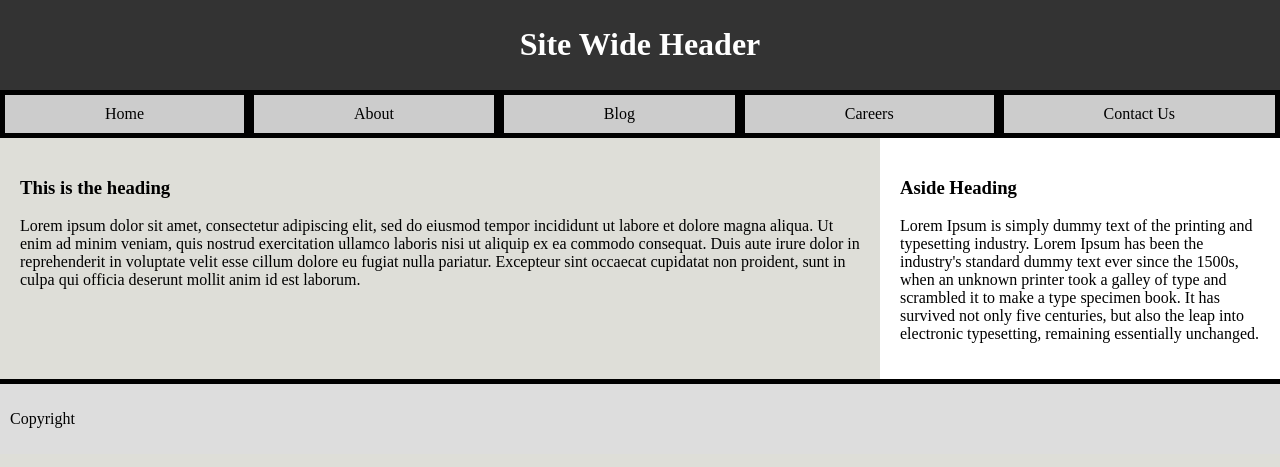
Repository: ayeza-baseer/AssignmentFlexbox
Page: assignment.html
An editor plug-in stored every save of this project. The page is shown before and after the next save, followed by the edit.
The browser window is 1280 px wide. The pictures show the whole page.

Above is the page before, as saved 2023-03-17 14:37:23.

After the next save:
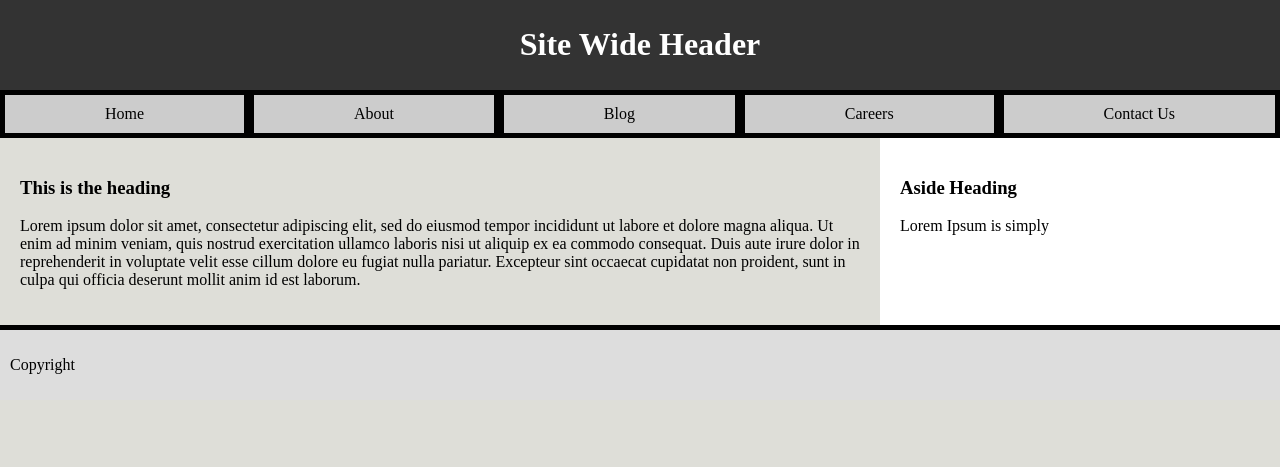
Saved 2 min 57 s later.
--- a/assignment.html
+++ b/assignment.html
@@ -25,7 +25,7 @@
       </div>
       <div class="aside">
         <h3>Aside Heading</h3>
-        <p>Lorem Ipsum is simply dummy text of the printing and typesetting industry. Lorem Ipsum has been the industry's standard dummy text ever since the 1500s, when an unknown printer took a galley of type and scrambled it to make a type specimen book. It has survived not only five centuries, but also the leap into electronic typesetting, remaining essentially unchanged.</p>
+        <p>Lorem Ipsum is simply</p>
       </div>
     </div>
 </div>
